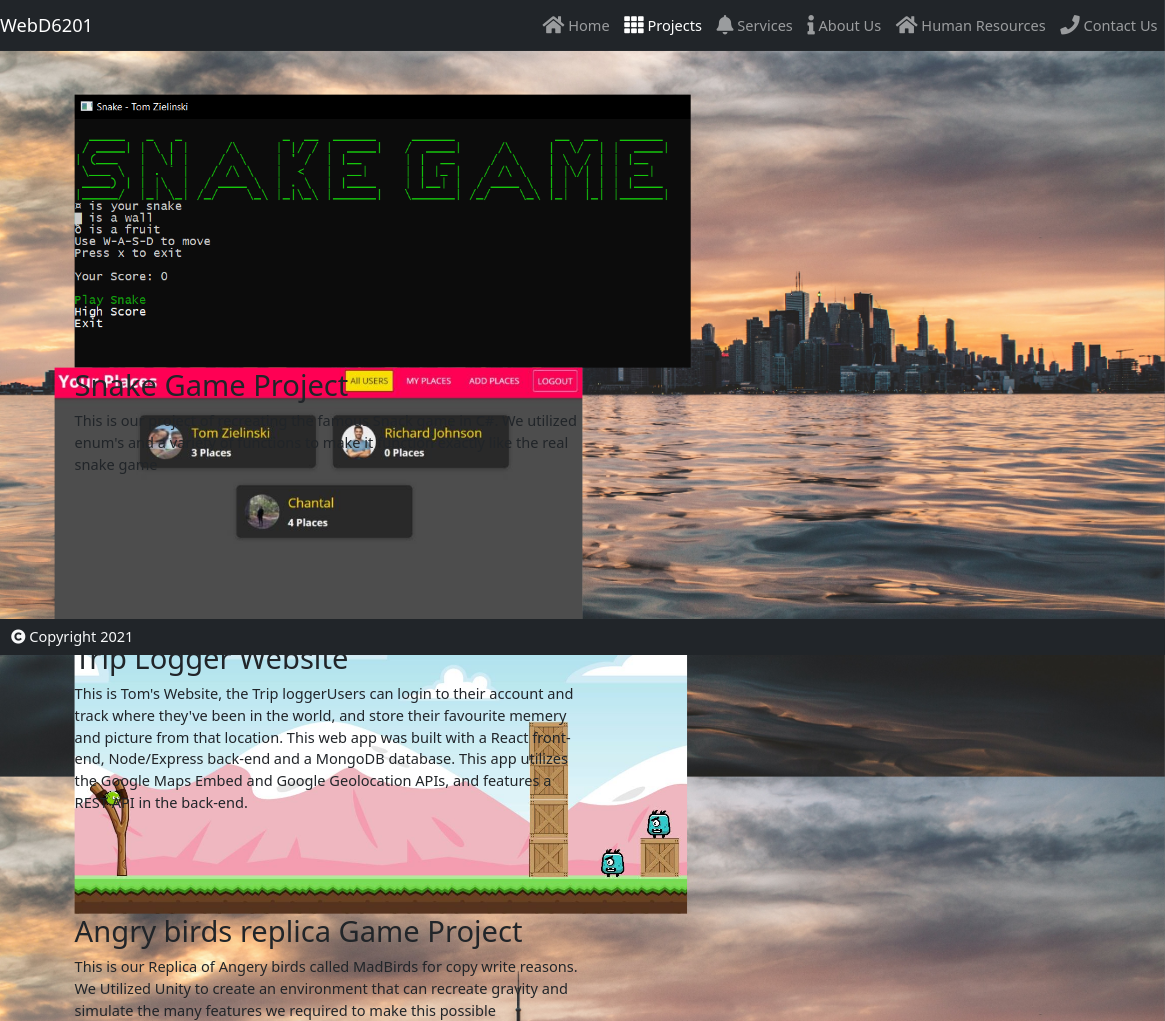
Repository: Tomelinski/Webd6201-Lab02
Page: projects.html
The author's editor kept a copy of each file at every save. The page is drawn from the files as they stood at one save, then again after the next save.
The browser window is 1280 px wide. The pictures show the whole page, at 91% of full size.
Backgrounds fixed to the window are drawn as part of the page.

Above is the page before, as saved 2021-02-05 22:17:34.

After the next save:
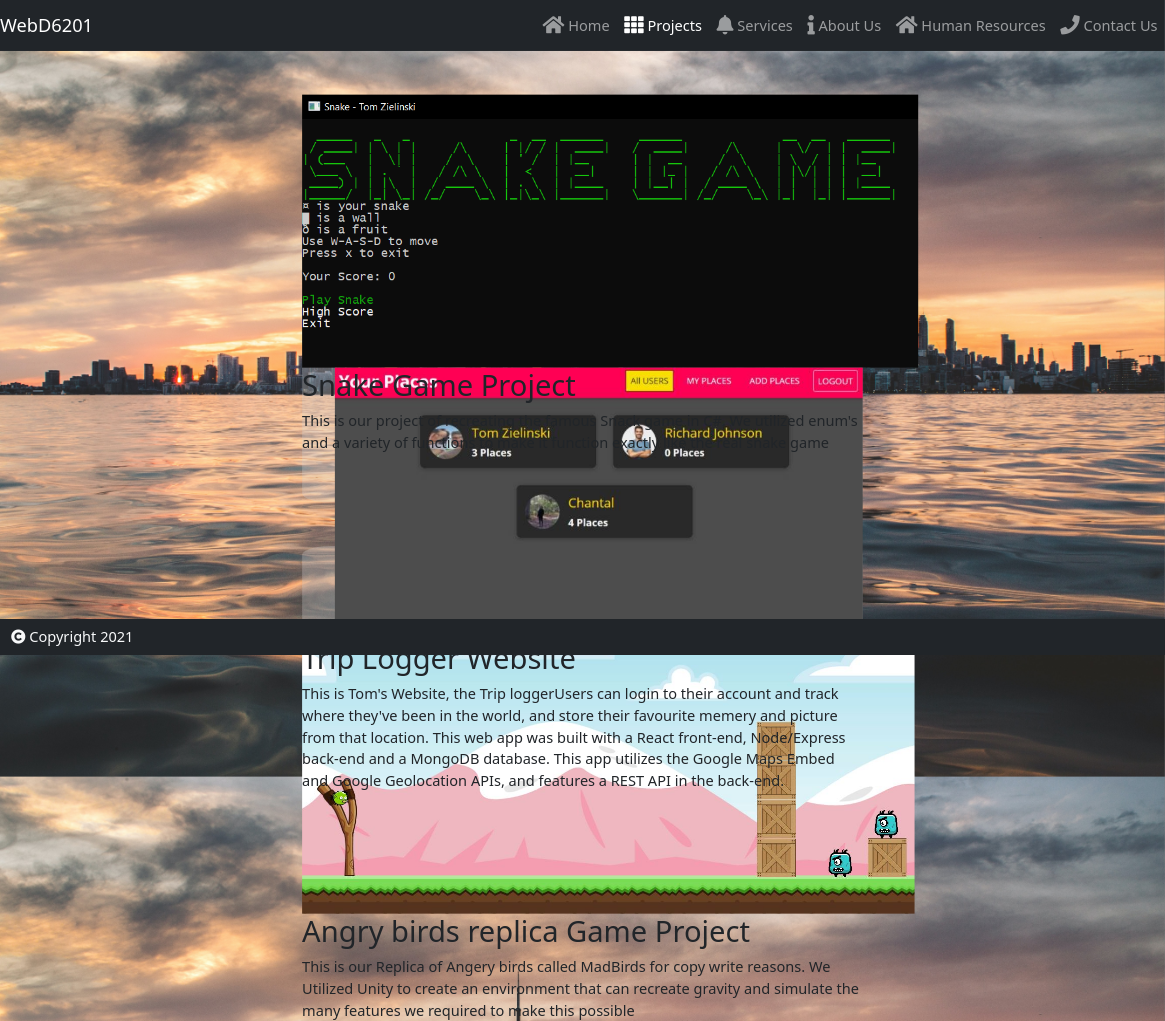
Saved 29 s later.
--- a/projects.html
+++ b/projects.html
@@ -54,8 +54,8 @@
       </header>
 
       <main>
-        <div class="container">
-          <div class="col-lg-6 col-md-8 col-sm-8 justify-content-center">
+        <div class="container col-lg-6 col-md-8 col-sm-8">
+          <div class="justify-content-center">
 
             <div id="project1" class="col-12 mt-5 about-background">
 
